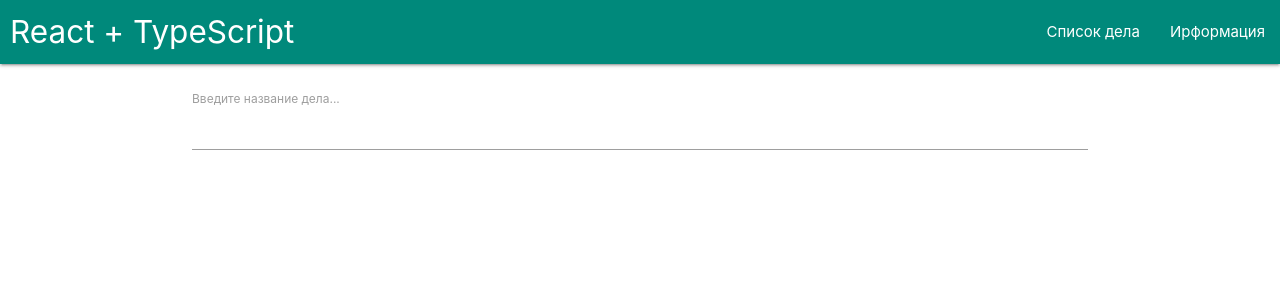
Repository: frostnn/TodoForm
Page: /About
These files come from the project's save history. The page is drawn as it stood at one moment and after the next save; the edit follows.
The browser window is 1280 px wide. The pictures show the whole page.
The project was rebuilt for these pictures with package versions that can differ from the ones it lists, and the page was loaded fresh each time.

Above is the page before, as saved 2020-05-27 11:24:29.

### src/index.css
body {
  margin: 0;
  font-family: -apple-system, BlinkMacSystemFont, 'Segoe UI', 'Roboto', 'Oxygen',
    'Ubuntu', 'Cantarell', 'Fira Sans', 'Droid Sans', 'Helvetica Neue',
    sans-serif;
  -webkit-font-smoothing: antialiased;
  -moz-osx-font-smoothing: grayscale;
}

code {
  font-family: source-code-pro, Menlo, Monaco, Consolas, 'Courier New',
    monospace;
}
.nav-wrapper {
  padding-left: 10px;
}
.input-field {
  margin-top: 40px;
}

### src/App.tsx
import React from 'react';
import NavBar from './components/NavBar';
import TodoForm from './components/TodoForm';


const App: React.FunctionComponent = () => {
  return (
    <>
      <NavBar/>
      <div className="container">

      <TodoForm/>

      </div>
    </>
  );
}

export default App;

### src/components/NavBar.tsx
import React from 'react';

const NavBar: React.FunctionComponent = () => {
  return (
    <nav>
      <div className="nav-wrapper teal darken-1">
        <a href="/" className="brand-logo">React + TypeScript</a>
        <ul className="right hide-on-med-and-down">
          <li>
            <a href="/">Список дела</a>
          </li>
          <li>
            <a href="/">Ирформация</a>
          </li>
        </ul>
      </div>
  </nav>
  );
}

export default NavBar;

### src/components/TodoForm.tsx
import React from 'react';



const TodoForm: React.FunctionComponent = () => {
  return (
    <>

      <div className="input-field">
        <input type="text" id="title"/>
        <label htmlFor="title" className="active">
          Введите название дела...
        </label>


      </div>
    </>
  );
}

export default TodoForm;

Loaded but not shown: public/index.html (common file); src/index.tsx (common file); src/serviceWorker.ts (common file)

After the next save:
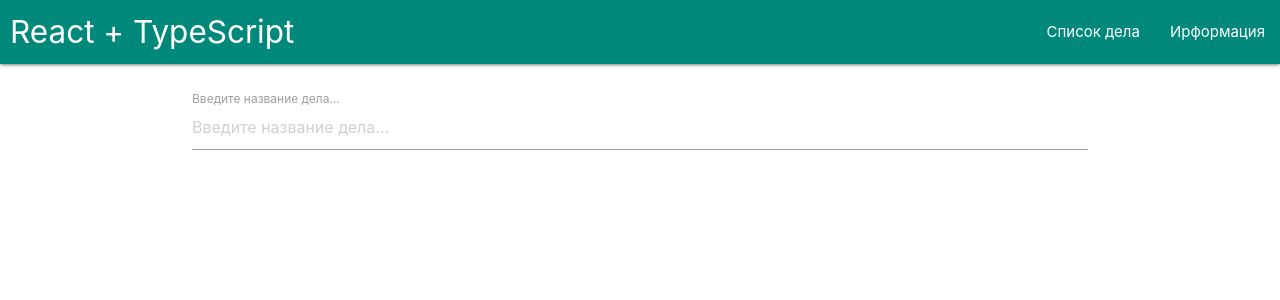
Saved 18 s later.
--- a/src/components/TodoForm.tsx
+++ b/src/components/TodoForm.tsx
@@ -7,7 +7,7 @@ const TodoForm: React.FunctionComponent = () => {
     <>
 
       <div className="input-field">
-        <input type="text" id="title"/>
+        <input type="text" id="title" placeholder="Введите название дела..."/>
         <label htmlFor="title" className="active">
           Введите название дела...
         </label>
